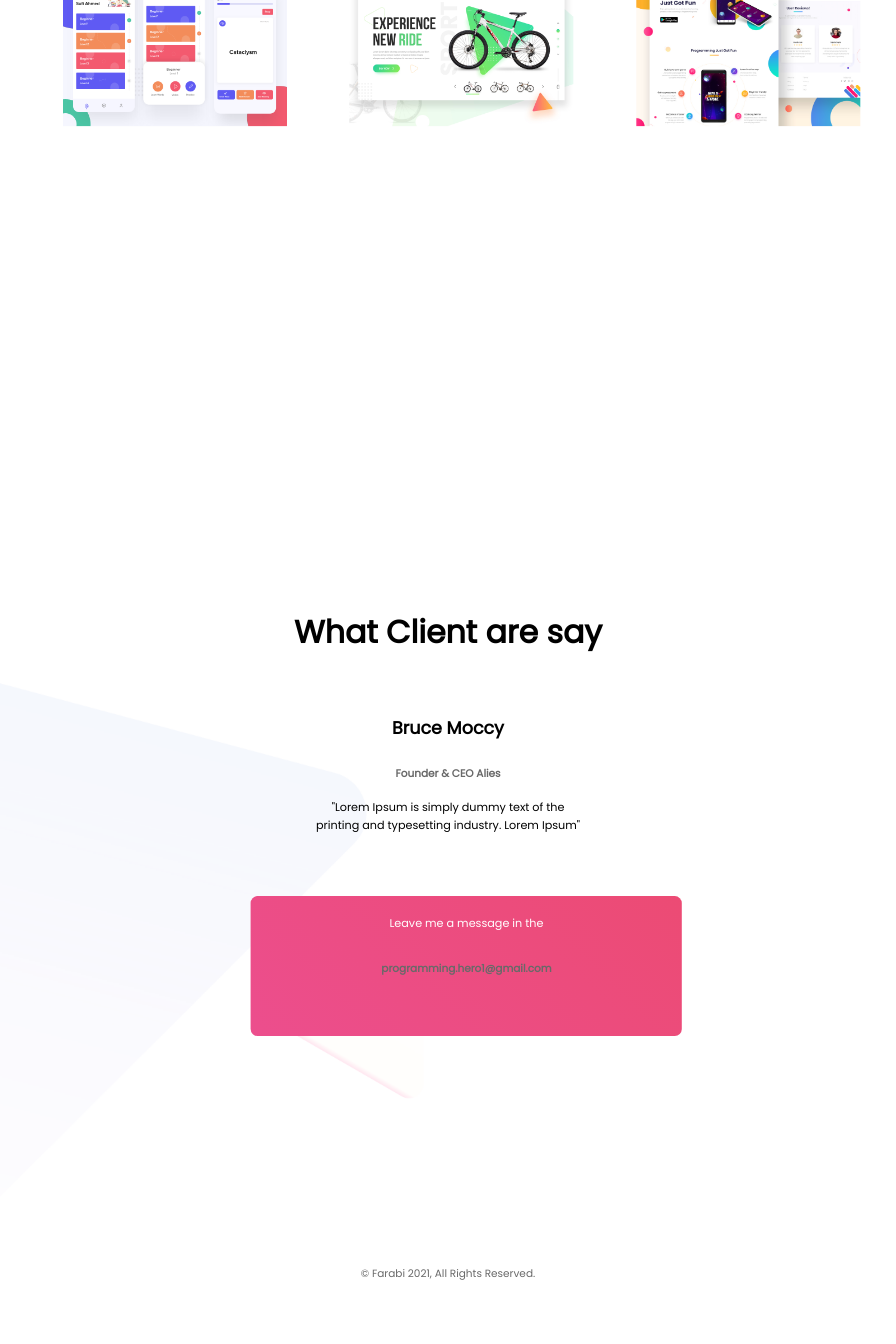
Repository: mohsinfarabi/personal-website
Page: index.html
An editor plug-in stored every save of this project. The page is shown before and after the next save, followed by the edit.
The browser window is 1280 px wide. The pictures show the part of the page from y = 2483 to 4403 px (the page is 4403 px tall), at 70% of full size.

Above is the page before, as saved 2020-07-01 17:08:18.

### index.html
<!DOCTYPE html>
<html lang="en">

<head>
    <meta charset="UTF-8">
    <meta name="viewport" content="width=device-width, initial-scale=1.0">
    <link href="https://fonts.googleapis.com/css2?family=Poppins" rel="stylesheet">
    <link rel="stylesheet" href="style.css">
    <title>Farabi - Web Developer</title>
</head>

<body>
    <section class="header-banner">
        <div class="half-width half-width-content">
            <h3>Hello I'm</h3>
            <h2>Mohsin Farabi</h2>
            <p>You might saw me jumping, climbing buildings, and stopping trains. But nobody pays me a dime for that work. That's why I am learning and mastering web development. I will not stop until I become the Web Development Hero.</p>
            <a class="link-button" target="_blank" href="https://www.linkedin.com/in/mohsin-farabi-68655040/">HIRE ME</a>
        </div>

        <div class="img-width">
            <img src="images/peter.png" alt="">
        </div>
    </section>
    <section class="biography">
        <div class="half-width">
            <img src="images/peter_dream.png" alt="">
        </div>
        <div class="half-width half-width-content">
            <h3>Biography</h3>
            <p>Lorem ipsum dolor sit amet, consectetur adipiscing elit. Integer vulputate rutrum lacus vitae eleifend. Morbi tempus tincidunt sagittis. Cras ac venenatis augue, a ornare augue. Vivamus tristique lobortis quam, in auctor urna convallis sit
                amet. Vivamus eros mi, eleifend quis consequat ac, porttitor quis ligula. Proin aliquet aliquam nunc, eu egestas felis.</p>
            <a class="link-button" target="_blank" href="https://www.facebook.com/farabi.mohsin">Download CV</a>

        </div>
    </section>
    <section class="latest-work">
        <h3>My Latest Work</h3>
        <div class="showcase-width">
            <img src="images/latest-work/work-1.png" alt="">
        </div>
        <div class="showcase-width">
            <img src="images/latest-work/work-2.jpg" alt="">
        </div>
        <div class="showcase-width">
            <img src="images/latest-work/work-3.jpg" alt="">
        </div>

    </section>
    <section class="bottom-panel">
        <h3>What Client are say</h3>
        <h4>Bruce Moccy</h4>
        <h5>Founder & CEO Alies</h5>
        <p>"Lorem Ipsum is simply dummy text of the <br> printing and typesetting industry. Lorem Ipsum"</p>
        <div class="message-panel">
            <p>Leave me a message in the</p>
            <h5>programming.hero1@gmail.com</h5>
        </div>
    </section>
    <footer>
        <p>© Farabi 2021, All Rights Reserved.</p>
    </footer>



</body>

</html>

### style.css
body {
    margin: 0;
    font-family: 'Poppins', sans-serif;
    width: 100%;
    height: 100%;
}

h2 {
    font-size: 50px;
    color: #ec4b74;
    font-weight: 700;
}

h3 {
    font-size: 30px;
}

p {
    color: dimgray;
    margin-bottom: 7%;
}

.half-width {
    width: 30%;
    float: left;
    margin-left: 5%;
    padding: 5%;
}

.half-width-content {
    padding-top: 15%;
    margin-left: 10%;
}

.half-width img {
    width: 100%;
    height: 100%;
    padding-left: 20%;
}

.img-width {
    width: 35%;
    float: left;
    margin-left: 2%;
    margin-top: 10%;
    padding-left: 0;
}

.img-width img {
    width: 100%;
    height: 100%;
}

.showcase-width {
    width: 25%;
    float: left;
    margin-left: 2%;
    padding-left: 5%;
    padding-top: 7%;
}

.showcase-width img {
    width: 100%;
    height: 100%;
}

.latest-work h3 {
    text-align: center;
    padding-top: 10%;
}

.bottom-panel h3 {
    text-align: center;
    padding-top: 10%;
    font-size: 45px;
}

.bottom-panel h4 {
    text-align: center;
    padding-top: 3%;
    font-size: 25px;
}

.bottom-panel h5 {
    text-align: center;
    color: dimgray;
    font-size: 15px;
}

.bottom-panel p {
    text-align: center;
    color: black;
}

section {
    height: 900px;
    padding-bottom: 150px;
}

.link-button {
    text-decoration: none;
    background-image: linear-gradient(45deg, #ec4e8d, #ec4b74);
    padding: 10px 20px;
    border-radius: 5px;
    color: white;
    font-weight: 400;
}

.header-banner {
    background-image: url("images/header-bg.png");
    background-repeat: no-repeat;
}

.biography {
    background-image: url("images/biography-bg.png");
    background-repeat: no-repeat;
}

.latest-work {
    background-image: url("images/latest-work-bg.png");
    background-repeat: no-repeat;
}

.bottom-panel {
    background-image: url("images/footer-bg.png");
    background-repeat: no-repeat;
}

.message-panel {
    margin-left: 28%;
    width: 45%;
    height: 20%;
    background-image: linear-gradient(45deg, #ec4e8d, #ec4b74);
    padding: 10px 20px;
    border-radius: 10px;
    text-align: center;
}

.message-panel p {
    color: white;
}

.message-panel h4 {
    color: white;
    font-size: 25px;
    padding-bottom: 10%;
}

footer p {
    text-align: center;
    font-size: 15px;
}

After the next save:
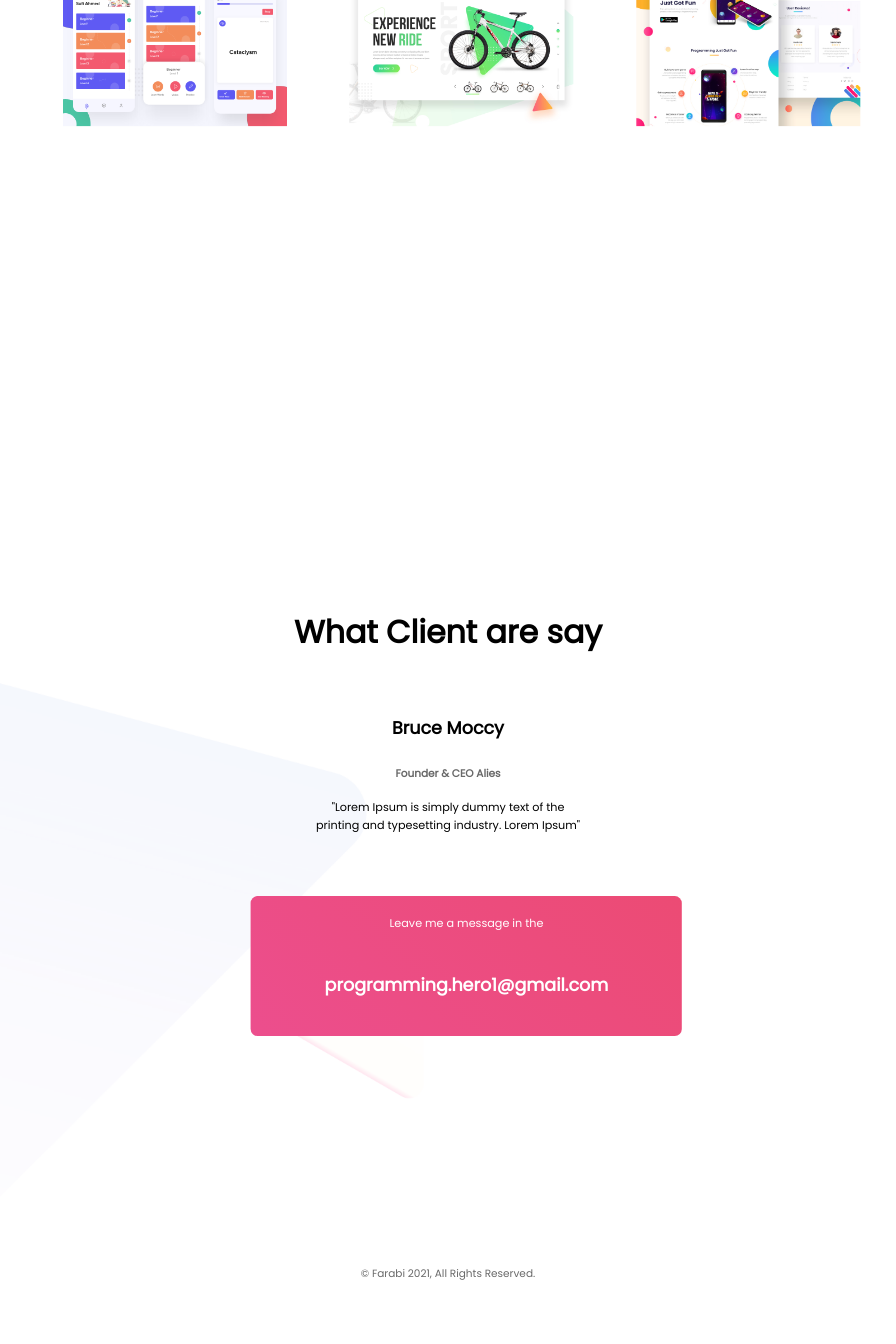
Saved 6 s later.
--- a/index.html
+++ b/index.html
@@ -54,7 +54,7 @@
         <p>"Lorem Ipsum is simply dummy text of the <br> printing and typesetting industry. Lorem Ipsum"</p>
         <div class="message-panel">
             <p>Leave me a message in the</p>
-            <h5>programming.hero1@gmail.com</h5>
+            <h4>programming.hero1@gmail.com</h4>
         </div>
     </section>
     <footer>

After the save that followed:
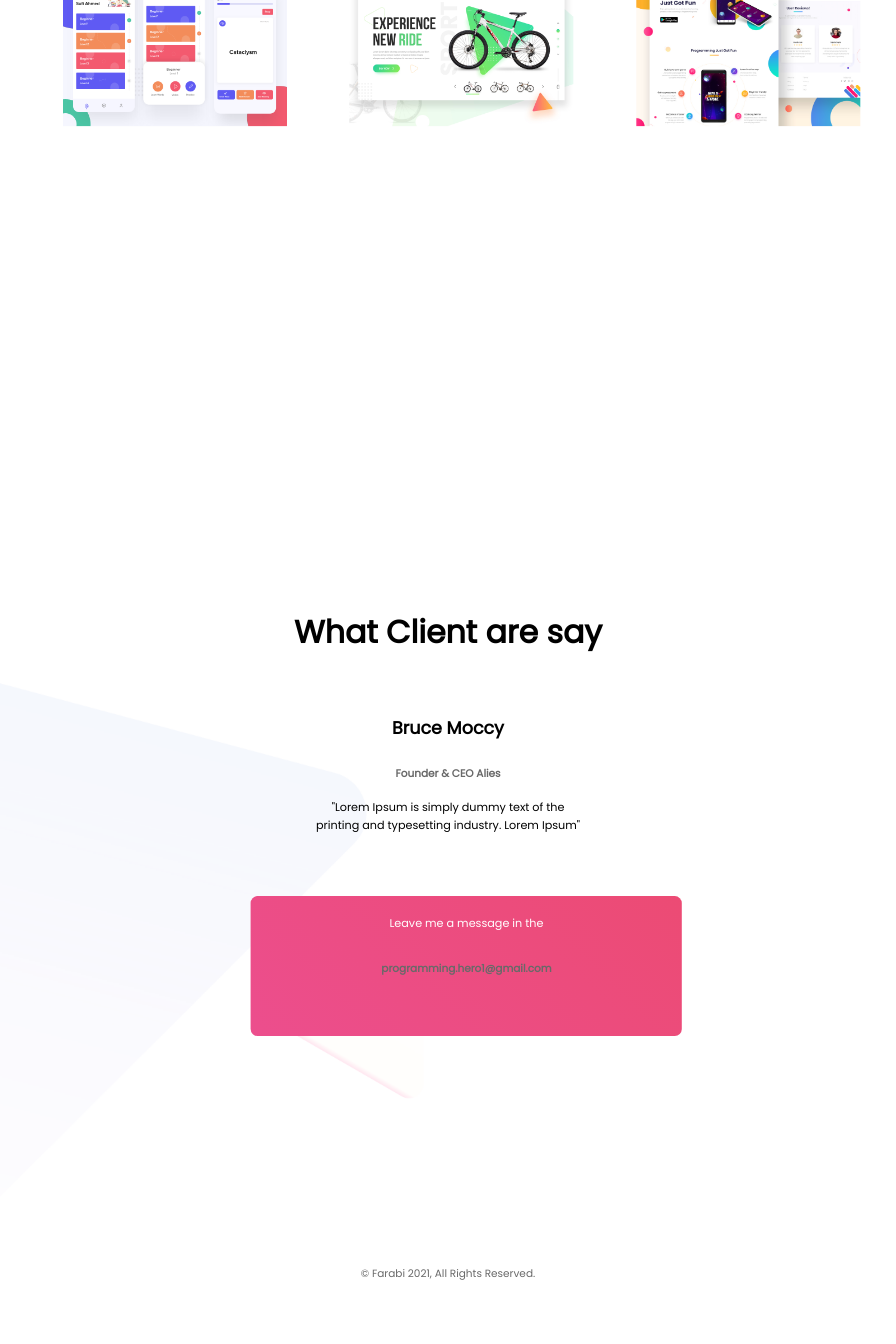
Saved 9 s later.
--- a/index.html
+++ b/index.html
@@ -54,7 +54,7 @@
         <p>"Lorem Ipsum is simply dummy text of the <br> printing and typesetting industry. Lorem Ipsum"</p>
         <div class="message-panel">
             <p>Leave me a message in the</p>
-            <h4>programming.hero1@gmail.com</h4>
+            <h5>programming.hero1@gmail.com</h5>
         </div>
     </section>
     <footer>
